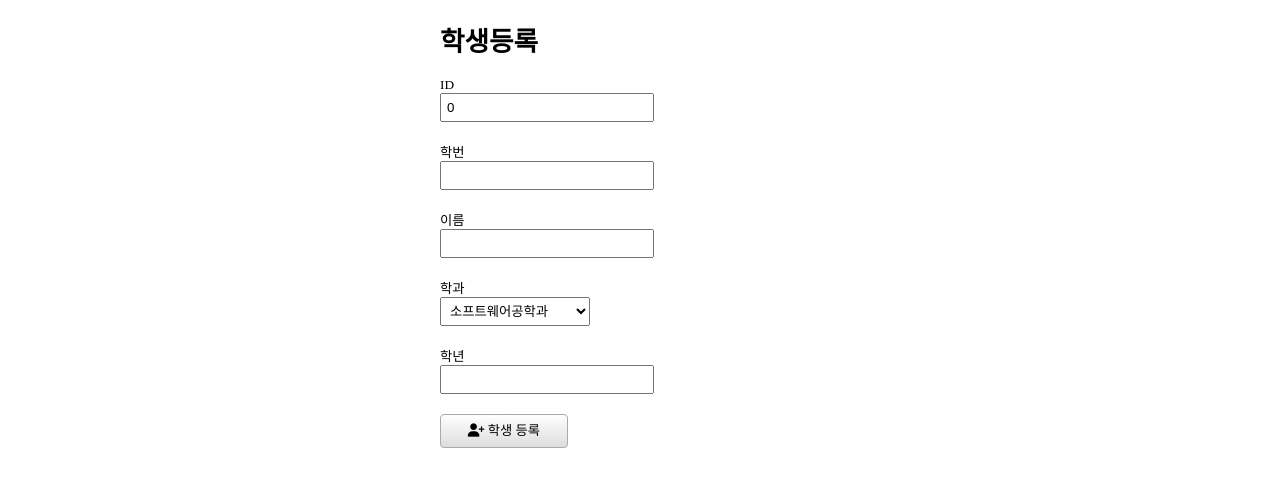
Repository: 5anniversary/JSPhw
Page: http://localhost/lecture1/jsp_hw/studentCreate.jsp
An editor plug-in stored every save of this project. The page is shown before and after the next save, followed by the edit.
The browser window is 1280 px wide. The pictures show the whole page.
Some web libraries are served in a nearby version. The page is served by Tomcat 9. Other server files are loaded and not shown.

Above is the page before, as saved 2020-04-11 15:59:29.

### lecture1/WebContent/jsp_hw/studentCreate.jsp
<%@ page language="java" contentType="text/html; charset=UTF-8"
	pageEncoding="UTF-8"%>
<%@ page import="lecture1.form02.*"%>
<%
	int id = 0; // 아이디
	String studentNumber = ""; // 학과
	String name = ""; // 이름
	int departmentId = 0; // 학과
	int year = 0; // 학년
	String 에러메시지 = null;
	request.setCharacterEncoding("UTF-8");
	if (request.getMethod().equals("POST")) {
		id = Integer.parseInt(request.getParameter("id"));
		studentNumber = request.getParameter("studentNumber");
		name = request.getParameter("name");
		departmentId = Integer.parseInt(request.getParameter("departmentId"));
		year = Integer.parseInt(request.getParameter("year"));
		if (id == 0)
			에러메시지 = "아이디를 입력하세요";
		else if (name == null || name.length() == 0)
			에러메시지 = "이름을 입력하세요";
		else if (studentNumber == null || studentNumber.length() == 0)
			에러메시지 = "학번을 입력하세요";
		else if (year == 0)
			에러메시지 = "학년을 입력하세요";
		else {
			Student student = new Student(id, studentNumber, name, departmentId, year);
			session.setAttribute("student", student);
			response.sendRedirect("studentCreate_success.jsp");
			return;
		}
	}
%>
<!DOCTYPE html>
<html>
<head>
<meta http-equiv="Content-Type" content="text/html; charset=utf-8">
<script src="https://kit.fontawesome.com/68abb170e0.js"
	crossorigin="anonymous"></script>
<style>
body {
	font-family: 굴림체;
	font-size: 10pt;
}

div.container {
	width: 400px;
	margin: 20px auto;
}

form, form div {
	margin-bottom: 20px;
}

label {
	display: block;
}

input.text {
	width: 200px;
	padding: 5px;
}

select {
	width: 150px;
	padding: 5px;
}

.btn {
	padding: 0.7em 2em;
	border: 1px solid #aaa;
	border-radius: 4px;
	background: linear-gradient(#fff, #ddd);
	color: black;
	font-family: 굴림체;
	font-size: 10pt;
	line-height: 1em;
	text-decoration: none;
	cursor: pointer;
	display: inline-block;
}

.btn:active {
	-ms-transform: translateY(2px);
	-webkit-transform: translateY(2px);
	transform: translateY(2px);
	background: #ccc;
}

hr {
	margin-top: 80px;
}

div.info {
	margin: 10px;
	padding: 10px 20px;
	background-color: #dff;
	border: 1px solid #8ff;
}

div.error {
	margin: 10px;
	padding: 10px 20px;
	background-color: #fdd;
	border: 1px solid #faa;
}
</style>
</head>
<body>
	<div class="container">
		<form method="post">
			<h1>학생등록</h1>
			<div>
				<label>ID</label> <input type="text" class="text" name="id"
					value="<%= id%>" />
			</div>
			<div>
				<label>학번</label> <input type="text" class="text" name="studentNumber"
					value="<%= studentNumber%>" />
			</div>
			<div>
				<label>이름</label> <input type="text" class="text"
					name="name" />
			</div>
			<div>
				<label>학과</label> <select class="form-control" name="departmentId">
					<option value="1" <%=departmentId == 1 ? "selected" : ""%>>소프트웨어공학과</option>
					<option value="2" <%=departmentId == 2 ? "selected" : ""%>>컴퓨터공학과</option>
					<option value="3" <%=departmentId == 3 ? "selected" : ""%>>정보통신공학과</option>
					<option value="4" <%=departmentId == 4 ? "selected" : ""%>>글로컬IT공학과</option>
				</select>
			</div>
			<div>
				<label>학년</label> <input type="text" class="text"
					name="year" />
			</div>
			<button type="submit" class="btn">
				<i class="fas fa-user-plus"></i> 학생 등록
			</button>
		</form>
		<% if (에러메시지 != null) { %>
		<div class="error">
			학생등록 실패 :
			<%= 에러메시지 %>
		</div>
		<% } %>
	</div>
</body>
</html>

After the next save:
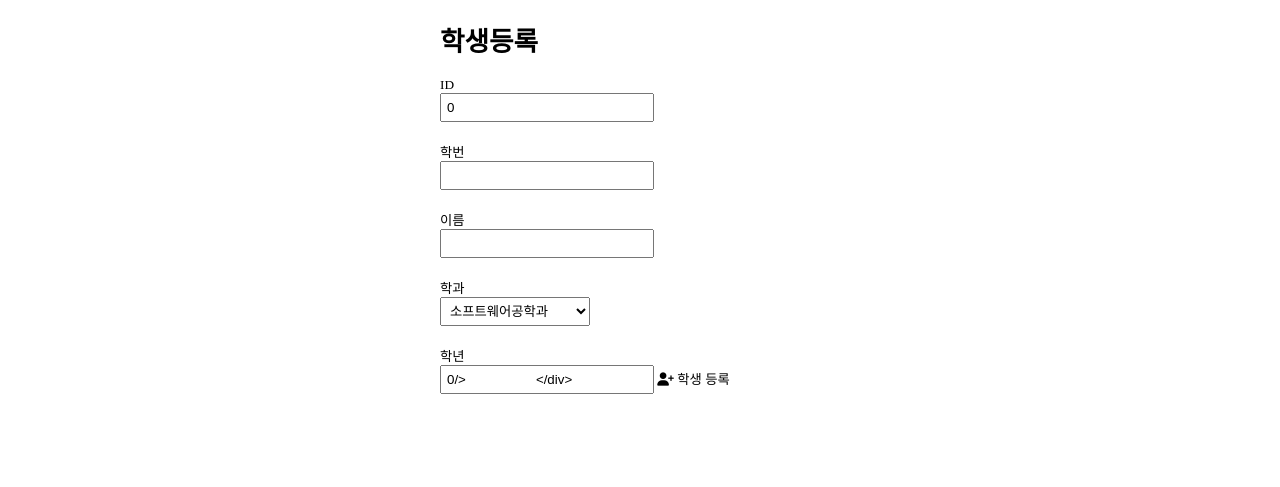
Saved 49 s later.
--- a/lecture1/WebContent/jsp_hw/studentCreate.jsp
+++ b/lecture1/WebContent/jsp_hw/studentCreate.jsp
@@ -132,7 +132,7 @@
 			</div>
 			<div>
 				<label>학년</label> <input type="text" class="text"
-					name="year" />
+					name="year" value="<%= year%>/>
 			</div>
 			<button type="submit" class="btn">
 				<i class="fas fa-user-plus"></i> 학생 등록

After the 2 saves that followed:
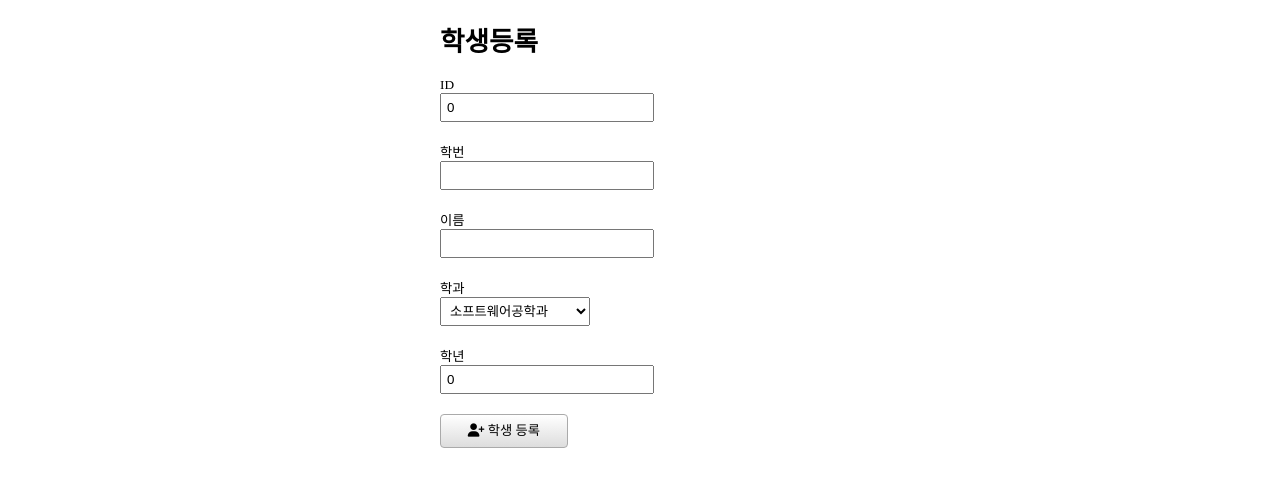
The 2 saves are shown as one change because 1 left the picture as it was.
The last was saved 35 s later.
--- a/lecture1/WebContent/jsp_hw/studentCreate.jsp
+++ b/lecture1/WebContent/jsp_hw/studentCreate.jsp
@@ -131,8 +131,8 @@
 				</select>
 			</div>
 			<div>
-				<label>학년</label> <input type="text" class="text"
-					name="year" value="<%= year%>/>
+				<label>학년</label> <input type="text" class="text" name="year"
+					value="<%= year%>"/>
 			</div>
 			<button type="submit" class="btn">
 				<i class="fas fa-user-plus"></i> 학생 등록
